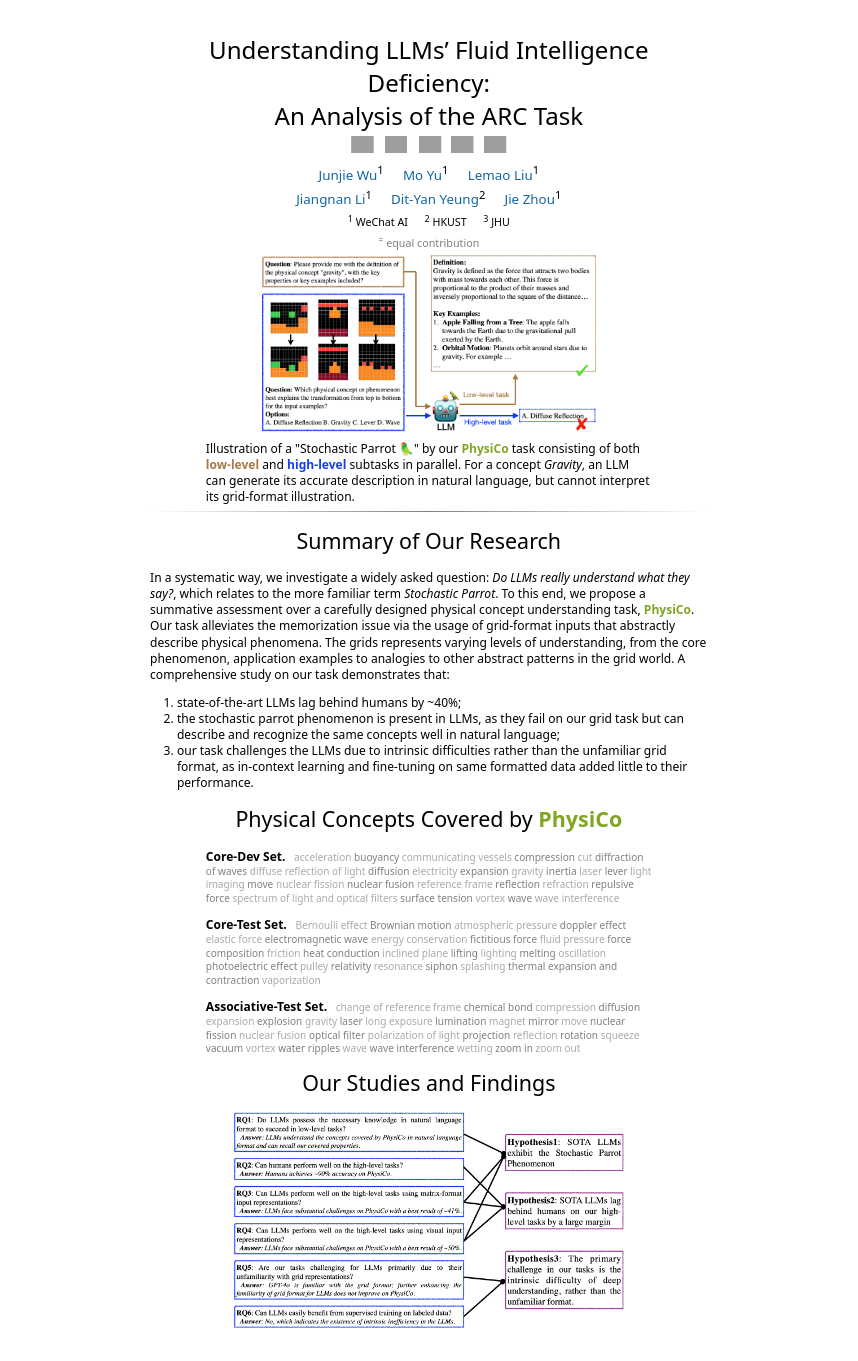
Repository: wujunjie1998/araoc-benchmark.github.io
Page: index.html
These files come from the project's save history. The page is drawn as it stood at one moment and after the next save; the edit follows.
The browser window is 1280 px wide. The pictures show the whole page, at 67% of full size.
Pictures or frames that could not be fetched are drawn as grey boxes.

Above is the page before, as saved 2025-02-07 21:04:13.

### index.html
<html>
  <head>
    <title>
      Understanding LLMs’ Fluid Intelligence Deficiency: An Analysis of the ARC Task
    </title>
    <link
      rel="icon"
      href="data:[embedded picture, 137 characters]"
    />
    <meta charset="UTF-8" />
    <meta name="viewport" content="width=device-width, initial-scale=1" />
    <link rel="stylesheet" href="./css/index.css" />
  </head>

  <body>
    <div class="header">
      <div class="paper-title">
        Understanding LLMs’ Fluid Intelligence Deficiency:
        <br />
        An Analysis of the ARC Task
      </div>
      <div>
        <!-- * Paper -->
        <span class="link-block">
          <a target="_blank" href="./paper.pdf"
            ><img
              class="badge"
              src="https://img.shields.io/badge/Paper-PDF-red?&labelColor=lightgray&logo=arxiv&logoColor=brown" /><img
          /></a>
        </span>
        <!-- * Dataset -->
        <span class="link-block">
          <a
            target="_blank"
            href="https://huggingface.co/datasets/ShunchiZhang/PhysiCo/"
            ><img
              class="badge"
              src="https://img.shields.io/badge/HuggingFace-Dataset-yellow?labelColor=lightgray&logo=huggingface" /><img
          /></a>
        </span>
        <!-- * Code -->
        <span class="link-block">
          <a target="_blank" href="https://github.com/physico-benchmark/physico"
            ><img
              class="badge"
              src="https://img.shields.io/badge/GitHub-Code-gray?labelColor=lightgray&logo=github&logoColor=gray" /><img /></a
        ></span>
        <!-- * Leaderboard -->
        <span class="link-block">
          <a href="./leaderboard.html"
            ><img
              class="badge"
              src="https://img.shields.io/badge/Leaderboard-Visit-blue?labelColor=lightgray&logo=stackblitz&logoColor=367BAF" /><img /></a
        ></span>
        <!-- * X Threads -->
        <span class="link-block">
          <a href="https://x.com/jieeijjie/status/1876713099752861782"
            ><img
              class="badge"
              src="https://img.shields.io/badge/Threads-black?labelColor=lightgray&logo=x&logoColor=gray" /><img /></a
        ></span>
      </div>
      <div>
        <div class="author-list">
          <span class="author-block"
            ><a href="https://wujunjie1998.github.io/">Junjie Wu</a
            ><sup>1</sup></span
          >
          <span class="author-block"
            ><a href="https://sites.google.com/site/moyunlp/">Mo Yu</a
            ><sup>1</sup></span
          >
          <span class="author-block"
            ><a href="https://lemaoliu.github.io/homepage/">Lemao Liu</a
            ><sup>1</sup></span
          >
        </div>
        <div class="author-list">
          <span class="author-block"
            ><a href="https://openreview.net/profile?id=~Jiangnan_Li2"
              >Jiangnan Li</a
            ><sup>1</sup></span
          >
          <span class="author-block"
            ><a href="https://sites.google.com/view/dyyeung">Dit-Yan Yeung</a
            ><sup>2</sup></span
          >
          <span class="author-block"
            ><a href="https://openreview.net/profile?id=~Jie_Zhou8">Jie Zhou</a
            ><sup>1</sup></span
          >
        </div>
        <div class="inst-list">
          <span class="institution-block"><sup>1</sup> WeChat AI</span>
          <span class="institution-block"><sup>2</sup> HKUST</span>
          <span class="institution-block"><sup>3</sup> JHU</span>
        </div>
        <div class="note-block"><sup>=</sup> equal contribution</div>
      </div>
    </div>

    <div class="teaser">
      <center>
        <img src="./img/teaser.png" />
        <figcaption>
          Illustration of a "Stochastic Parrot 🦜" by our
          <span class="dataset-name">PhysiCo</span> task consisting of both
          <b style="color: #a47b48">low-level</b> and
          <b style="color: #153cf9">high-level</b> subtasks in parallel. For a
          concept <i>Gravity</i>, an LLM can generate its accurate description
          in natural language, but cannot interpret its grid-format
          illustration.
        </figcaption>
      </center>
    </div>

    <hr />

    <!-- ^ Summary of Our Research -->
    <center><h1>Summary of Our Research</h1></center>
    <div class="content">
      <!-- <p style="font-size: large; text-align: center">
        <b>TL;DR:</b>
      </p> -->
      <p>
        In a systematic way, we investigate a widely asked question:
        <i>Do LLMs really understand what they say?</i>, which relates to the
        more familiar term <i>Stochastic Parrot</i>. To this end, we propose a
        summative assessment over a carefully designed physical concept
        understanding task, <span class="dataset-name">PhysiCo</span>. Our task
        alleviates the memorization issue via the usage of grid-format inputs
        that abstractly describe physical phenomena. The grids represents
        varying levels of understanding, from the core phenomenon, application
        examples to analogies to other abstract patterns in the grid world. A
        comprehensive study on our task demonstrates that:
      </p>
      <ol>
        <li>state-of-the-art LLMs lag behind humans by ~40%;</li>
        <li>
          the stochastic parrot phenomenon is present in LLMs, as they fail on
          our grid task but can describe and recognize the same concepts well in
          natural language;
        </li>
        <li>
          our task challenges the LLMs due to intrinsic difficulties rather than
          the unfamiliar grid format, as in-context learning and fine-tuning on
          same formatted data added little to their performance.
        </li>
      </ol>
    </div>

    <!-- ^ Physical Concepts Covered by `PhysiCo` -->
    <center>
      <h1>
        Physical Concepts Covered by <span class="dataset-name">PhysiCo</span>
      </h1>
    </center>
    <div class="content narrower">
      <p>
        <strong>Core-Dev Set.</strong>&ensp;<span style="font-size: smaller">
          <span style="color: darkgray">acceleration</span>
          <span style="color: gray">buoyancy</span>
          <span style="color: darkgray">communicating vessels</span>
          <span style="color: gray">compression</span>
          <span style="color: darkgray">cut</span>
          <span style="color: gray">diffraction of waves</span>
          <span style="color: darkgray">diffuse reflection of light</span>
          <span style="color: gray">diffusion</span>
          <span style="color: darkgray">electricity</span>
          <span style="color: gray">expansion</span>
          <span style="color: darkgray">gravity</span>
          <span style="color: gray">inertia</span>
          <span style="color: darkgray">laser</span>
          <span style="color: gray">lever</span>
          <span style="color: darkgray">light imaging</span>
          <span style="color: gray">move</span>
          <span style="color: darkgray">nuclear fission</span>
          <span style="color: gray">nuclear fusion</span>
          <span style="color: darkgray">reference frame</span>
          <span style="color: gray">reflection</span>
          <span style="color: darkgray">refraction</span>
          <span style="color: gray">repulsive force</span>
          <span style="color: darkgray"
            >spectrum of light and optical filters</span
          >
          <span style="color: gray">surface tension</span>
          <span style="color: darkgray">vortex</span>
          <span style="color: gray">wave</span>
          <span style="color: darkgray">wave interference</span></span
        >
      </p>
      <p>
        <strong>Core-Test Set.</strong>&ensp;<span style="font-size: smaller">
          <span style="color: darkgray">Bernoulli effect</span>
          <span style="color: gray">Brownian motion</span>
          <span style="color: darkgray">atmospheric pressure</span>
          <span style="color: gray">doppler effect</span>
          <span style="color: darkgray">elastic force</span>
          <span style="color: gray">electromagnetic wave</span>
          <span style="color: darkgray">energy conservation</span>
          <span style="color: gray">fictitious force</span>
          <span style="color: darkgray">fluid pressure</span>
          <span style="color: gray">force composition</span>
          <span style="color: darkgray">friction</span>
          <span style="color: gray">heat conduction</span>
          <span style="color: darkgray">inclined plane</span>
          <span style="color: gray">lifting</span>
          <span style="color: darkgray">lighting</span>
          <span style="color: gray">melting</span>
          <span style="color: darkgray">oscillation</span>
          <span style="color: gray">photoelectric effect</span>
          <span style="color: darkgray">pulley</span>
          <span style="color: gray">relativity</span>
          <span style="color: darkgray">resonance</span>
          <span style="color: gray">siphon</span>
          <span style="color: darkgray">splashing</span>
          <span style="color: gray">thermal expansion and contraction</span>
          <span style="color: darkgray">vaporization</span></span
        >
      </p>
      <p>
        <strong>Associative-Test Set.</strong>&ensp;<span
          style="font-size: smaller"
        >
          <span style="color: darkgray">change of reference frame</span>
          <span style="color: gray">chemical bond</span>
          <span style="color: darkgray">compression</span>
          <span style="color: gray">diffusion</span>
          <span style="color: darkgray">expansion</span>
          <span style="color: gray">explosion</span>
          <span style="color: darkgray">gravity</span>
          <span style="color: gray">laser</span>
          <span style="color: darkgray">long exposure</span>
          <span style="color: gray">lumination</span>
          <span style="color: darkgray">magnet</span>
          <span style="color: gray">mirror</span>
          <span style="color: darkgray">move</span>
          <span style="color: gray">nuclear fission</span>
          <span style="color: darkgray">nuclear fusion</span>
          <span style="color: gray">optical filter</span>
          <span style="color: darkgray">polarization of light</span>
          <span style="color: gray">projection</span>
          <span style="color: darkgray">reflection</span>
          <span style="color: gray">rotation</span>
          <span style="color: darkgray">squeeze</span>
          <span style="color: gray">vacuum</span>
          <span style="color: darkgray">vortex</span>
          <span style="color: gray">water ripples</span>
          <span style="color: darkgray">wave</span>
          <span style="color: gray">wave interference</span>
          <span style="color: darkgray">wetting</span>
          <span style="color: gray">zoom in</span>
          <span style="color: darkgray">zoom out</span></span
        >
      </p>
    </div>

    <!-- ^ Our Studies and Findings -->
    <center><h1>Our Studies and Findings</h1></center>
    <div class="content">
      <!-- <p>Foo Bar</p> -->
      <center>
        <img src="./img/rq.png" width="70%" />
        <!-- <figcaption style="text-align: center">
          6 Research Questions (RQs) and 3 Hypotheses
        </figcaption> -->
      </center>
    </div>
  </body>
</html>

### css/index.css
@import url("https://fonts.googleapis.com/css2?family=Noto+Sans:ital,wght@0,100..900;1,100..900&display=swap");

body {
  font-family: "Noto Sans", sans-serif;
  font-optical-sizing: auto;
  font-style: normal;
  font-variation-settings: "wdth" 100;
  font-weight: 400;
  font-size: 18px;
  margin: 50px auto;
  width: 65%;
}

div.header,
div.teaser,
div.content {
  margin-left: auto;
  margin-right: auto;
}

div.narrower {
  width: 80% !important;
}

div.header div {
  margin: 6px;
  text-align: center;
}

div.teaser img {
  max-width: 60%;
}

.paper-title {
  font-size: 36px;
}

.author-block {
  font-size: 20px;
  margin: 0px 12px;
}

.institution-block {
  font-size: 16px;
  margin: 0px 10px;
}

.note-block {
  color: gray;
  font-size: 16px;
}

.link-block {
  font-size: 24px;
  font-weight: bold;
  margin: 0px 5px;
}

.badge {
  width: auto;
  height: 2vw;
}

.dataset-name {
  font-weight: bold;
  color: #81a526;
}

h1 {
  font-size: 32px;
  font-weight: 300;
}

.disclaimerbox {
  background-color: #eee;
  border: 1px solid #eeeeee;
  border-radius: 10px;
  -moz-border-radius: 10px;
  -webkit-border-radius: 10px;
  padding: 20px;
}

video.header-vid {
  height: 140px;
  border: 1px solid black;
  border-radius: 10px;
  -moz-border-radius: 10px;
  -webkit-border-radius: 10px;
}

figcaption {
  margin: 10px 0px;
  width: 80%;
  text-align: left;
}

img.header-img {
  height: 140px;
  border: 1px solid black;
  border-radius: 10px;
  -moz-border-radius: 10px;
  -webkit-border-radius: 10px;
}

img.rounded {
  border: 1px solid #eeeeee;
  border-radius: 10px;
  -moz-border-radius: 10px;
  -webkit-border-radius: 10px;
}

a:link,
a:visited {
  color: #1367a7;
  text-decoration: none;
}
a:hover {
  color: #208799;
}

td.dl-link {
  height: 160px;
  text-align: center;
  font-size: 22px;
}

.vert-cent {
  position: relative;
  top: 50%;
  transform: translateY(-50%);
}

hr {
  border: 0;
  height: 1px;
  background-image: linear-gradient(
    to right,
    rgba(0, 0, 0, 0),
    rgba(0, 0, 0, 0.75),
    rgba(0, 0, 0, 0)
  );
}

.citation {
  text-align: left;
  font-family: monospace;
  font-size: 8pt;
  text-wrap: auto;
}

@media screen and (max-width: 1120px) {
  body {
    font-size: 16px;
    width: 90%;
  }
  div.teaser img {
    max-width: 100%;
  }
  .paper-title {
    font-size: 26px;
  }
  .author-block,
  .institution-block,
  .note-block {
    font-size: 14px;
  }
  .link-block {
    font-size: 20px;
  }
  .badge {
    width: auto;
    height: 28px;
    margin-top: 3px;
    margin-bottom: 3px;
  }
  h1 {
    font-size: 26px;
  }
}

After the next save:
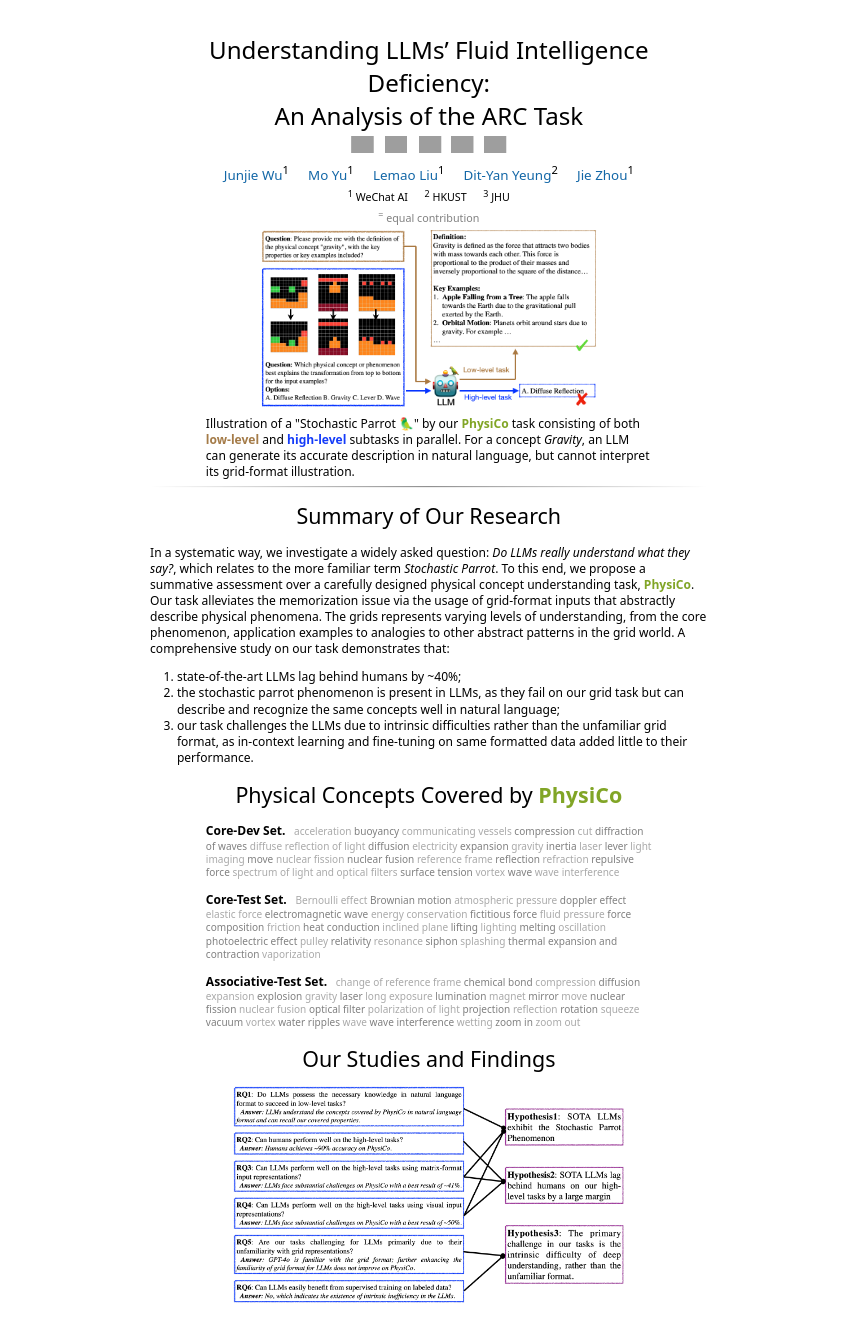
Saved 14 s later.
--- a/index.html
+++ b/index.html
@@ -72,13 +72,6 @@
           >
           <span class="author-block"
             ><a href="https://lemaoliu.github.io/homepage/">Lemao Liu</a
-            ><sup>1</sup></span
-          >
-        </div>
-        <div class="author-list">
-          <span class="author-block"
-            ><a href="https://openreview.net/profile?id=~Jiangnan_Li2"
-              >Jiangnan Li</a
             ><sup>1</sup></span
           >
           <span class="author-block"
